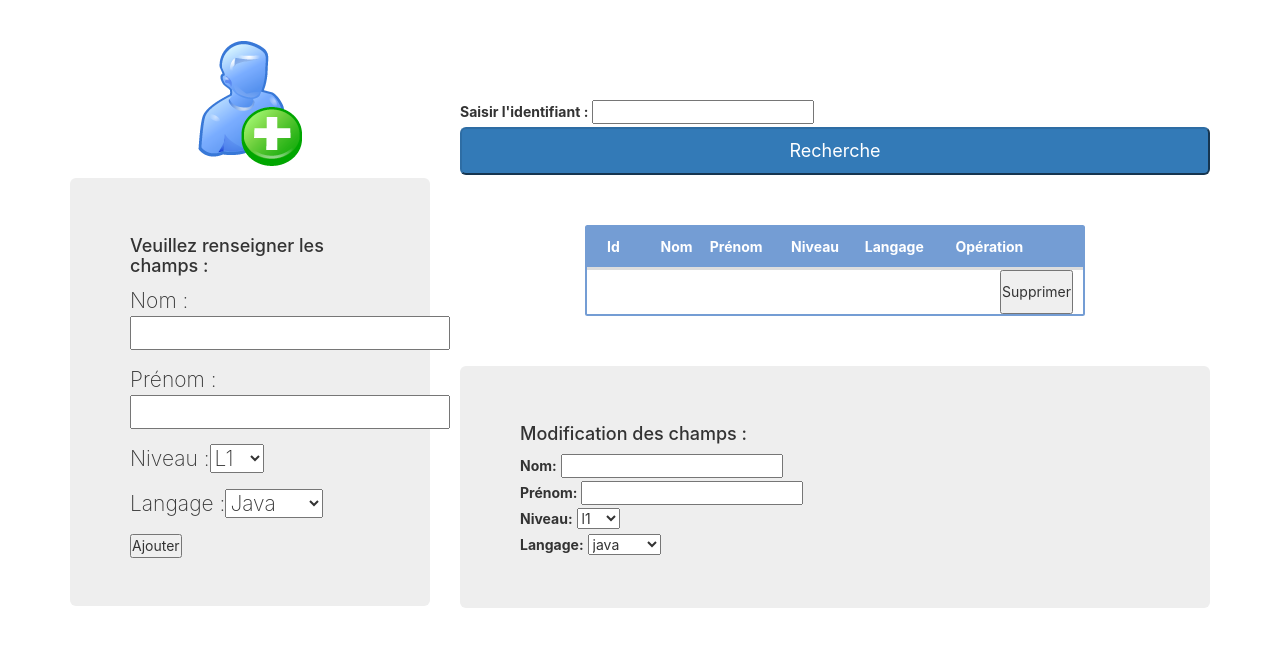
Repository: imouahrani/Gestion-des-stagiaires_JAVAEE
Page: http://localhost/Espace_Stagiaire/TraiteAjout
An editor plug-in stored every save of this project. The page is shown before and after the next save, followed by the edit.
The browser window is 1280 px wide. The pictures show the whole page.
The page is served by Tomcat 9. Other server files are loaded and not shown. Queries for data that is not in the repository find no rows.

Above is the page before, as saved 2018-07-26 14:03:11.

### Formation Java Entreprise Edition/Espace Stagiaire/WebContent/AjoutStagiaire.jsp
<%@page import="dz.espacestagiaire.bean.Stagiaire"%>
<%@page import="dz.espacestagiaire.servlet.TraiteStagiaire"%>
<%@page import="java.util.List"%>
<%@ page language="java" contentType="text/html; charset=UTF-8"
	pageEncoding="UTF-8"%>
<!DOCTYPE html PUBLIC "-//W3C//DTD HTML 4.01 Transitional//EN" "http://www.w3.org/TR/html4/loose.dtd">

<html lang="en">
<head>
<meta http-equiv="X-UA-Compatible" content="IE=edge">
<meta name="viewport" content="width=device-width, initial-scale=1">
<!-- The above 3 meta tags *must* come first in the head; any other head content must come *after* these tags -->
<title>Bootstrap 101 Template</title>

<!-- Bootstrap -->
<link href="Assets/css/bootstrap.min.css" rel="stylesheet">
<link href="Assets/css/extable.css" rel="stylesheet">
<!-- HTML5 shim and Respond.js for IE8 support of HTML5 elements and media queries -->
<!-- WARNING: Respond.js doesn't work if you view the page via file:// -->
<!--[if lt IE 9]>
      <script src="https://oss.maxcdn.com/html5shiv/3.7.3/html5shiv.min.js"></script>
      <script src="https://oss.maxcdn.com/respond/1.4.2/respond.min.js"></script>
    <![endif]-->
</head>
<body>
	<br>
	<br>
	<div class="container">
		<div class="row">
			<div class="col-md-4">
				<div class="text-center">
					<p>
						<img src="Images/add-user.png">
					</p>
				</div>
				<div class="jumbotron">
					<h4>Veuillez renseigner les champs :</h4>
					<form action="TraiteAjout" method="post">
						<p>
							Nom :<input type="text" name="nomstg" />
						</p>
						<p>
							Prénom :<input type="text" name="prenomstg" />
						</p>
						<p>
							Niveau :<select name="niveau">
								<option>L1</option>
								<option>L2</option>
								<option>L3</option>
								<option>M1</option>
								<option>M2</option>
							</select>
						</p>
						<p>
							Langage :<select name="langage">
								<option>Java</option>
								<option>Android</option>
								<option>Java EE</option>
							</select>
						</p>
						<input type="submit" value="Ajouter" name="ajouter" />
					</form>

				</div>
			</div>
			<div class="col-md-8">
				<br> <br> <br>
				<form action="TraiteRecherche" method="post">
					<label>Saisir l'identifiant : </label> <input type="number"
						name="recherche" />
					<button class="btn-lg btn-primary btn-block" type="submit"
						name="rechercher" value="rechercher">Recherche</button>
					<table>
						<thead>
							<tr>
								<th>Id</th>
								<th>Nom</th>
								<th>Prénom</th>
								<th>Niveau</th>
								<th>Langage</th>
								<th>Opération</th>
							</tr>
						</thead>
						<tbody>
							<tr>
								<%
									Stagiaire stg = (Stagiaire) request.getAttribute("i");
								%>
								<td>${i.idstg }</td>
								<td>${i.nomstg }</td>
								<td>${i.prenomstg }</td>
								<td>${i.niveau }</td>
								<td>${i.langage }</td>


								<td>

									<form action="TraiteRecherche" method="post">

										<input type="hidden" name="idstg" value="${i.idstg }">
										<input type="hidden" name="supprimer" value="supprimer">





									</form> <input type="submit" name="supprimer" value="Supprimer" />
								</td>
							</tr>
						</tbody>
					</table>
				</form>

				<div class="jumbotron">
					<h4>Modification des champs :</h4>
					<form action="TraiteRecherche" method="post">


						<label>Nom:</label> <input type="text" name="nomstg" value="${i.nomstg}"> <br>
						<label>Prénom:</label>
						<input type="text" name="prenomstg" value ="${i.prenomstg }"><br>


						<label>Niveau:</label>
						<select name ="niveau">
						<option>l1</option>
						<option>l2</option>
						<option>l3</option>
						<option>m1</option>
						<option>m2</option>





						</select><br>


						 <label>Langage:</label>
						<select type="text" name="langage">
						<option>java</option>
						<option>android</option>
						<option>javaee</option>
						</select><br>





					</form>


				</div>
			</div>
		</div>
	</div>

	<!-- jQuery (necessary for Bootstrap's JavaScript plugins) -->
	<script
		src="https://ajax.googleapis.com/ajax/libs/jquery/1.12.4/jquery.min.js"></script>
	<!-- Include all compiled plugins (below), or include individual files as needed -->
	<script src="Assets/js/bootstrap.min.js"></script>
</body>
</html>

### Formation Java Entreprise Edition/Espace Stagiaire/src/dz/espacestagiaire/servlet/TraiteAjout.java
package dz.espacestagiaire.servlet;
import dz.espacestagiaire.modele.*;


import java.io.IOException;

import javax.servlet.ServletException;
import javax.servlet.http.HttpServlet;
import javax.servlet.http.HttpServletRequest;
import javax.servlet.http.HttpServletResponse;

import dz.espacestagiaire.bean.Stagiaire;
import dz.espacestagiaire.modele.MajStagiaire;

public class TraiteAjout extends HttpServlet {

	@Override
	protected void doGet(HttpServletRequest req, HttpServletResponse resp)
			throws ServletException, IOException {

		String nom, prenom, niveau, langage;
		nom = req.getParameter("nomstg");
		prenom = req.getParameter("prenomstg");
		niveau = req.getParameter("niveau");
		langage = req.getParameter("langage");

		Stagiaire stg = new Stagiaire();
		stg.setNomstg(nom);
		stg.setPrenomstg(prenom);
		stg.setNiveau(niveau);
		stg.setLangage(langage);
		MajStagiaire ms = new MajStagiaire();
		ms.AjoutStg(stg);


		TraiteStagiaire ts = new TraiteStagiaire();
		req.setAttribute("liste", ts);
		RecupererStagiaire rs = new RecupererStagiaire();
		req.setAttribute("ListeStagiaire", rs.getStagiaires());

		this.getServletContext().getRequestDispatcher("/AjoutStagiaire.jsp").forward(req, resp);




	}
@Override
protected void doPost(HttpServletRequest req, HttpServletResponse resp)
		throws ServletException, IOException {
	doGet(req, resp);
}
}

### Formation Java Entreprise Edition/Espace Stagiaire/src/dz/espacestagiaire/bean/Stagiaire.java
package dz.espacestagiaire.bean;

public class Stagiaire {

	private int idstg;
	private String nomstg, prenomstg, niveau, langage;
	public int getIdstg() {
		return idstg;
	}
	public void setIdstg(int idstg) {
		this.idstg = idstg;
	}
	public String getNomstg() {
		return nomstg;
	}
	public void setNomstg(String nomstg) {
		this.nomstg = nomstg;
	}
	public String getPrenomstg() {
		return prenomstg;
	}
	public void setPrenomstg(String prenomstg) {
		this.prenomstg = prenomstg;
	}
	public String getNiveau() {
		return niveau;
	}
	public void setNiveau(String niveau) {
		this.niveau = niveau;
	}
	public String getLangage() {
		return langage;
	}
	public void setLangage(String langage) {
		this.langage = langage;
	}
	public Stagiaire() {
		super();
		// TODO Auto-generated constructor stub
	}
	public Stagiaire(int idstg, String nomstg, String prenomstg, String niveau,
			String langage) {
		super();
		this.idstg = idstg;
		this.nomstg = nomstg;
		this.prenomstg = prenomstg;
		this.niveau = niveau;
		this.langage = langage;
	}

}

### Formation Java Entreprise Edition/Espace Stagiaire/src/dz/espacestagiaire/modele/MajStagiaire.java
package dz.espacestagiaire.modele;

import dz.espacestagiaire.bean.Stagiaire;
import java.sql.*;

public class MajStagiaire {
	Connecter connect = new Connecter();
	PreparedStatement stat;
	Statement sta;

	public void AjoutStg(Stagiaire stg) {

		String s = "insert into stagiaire(nomstg,prenomstg,niveau,langage) values(?,?,?,?)";
		try {
			stat = connect.connecterbase().prepareStatement(s);
			stat.setString(1, stg.getNomstg());
			stat.setString(2, stg.getPrenomstg());
			stat.setString(3, stg.getNiveau());
			stat.setString(4, stg.getLangage());
			stat.execute();
			System.out.println("ajout réussi");
		} catch (SQLException e) {
			e.printStackTrace();
			System.err.println("échec d'insertion");
		}

	}

	// supprission d'un stagiaire
	public void SupprimerStg(int idstgg) {
		try {
			sta = connect.connecterbase().createStatement();
			sta.executeUpdate("delete from stagiaire where idstg='" + idstgg
					+ "'");
			System.out.println("Supprission réussie!");
		} catch (SQLException e) {
			// TODO Auto-generated catch block
			e.printStackTrace();
			System.err.println("Echec de supprission" + e.getMessage());
		}
	}

	public Stagiaire RechercherStg(int idstgs) {
		Stagiaire stg = new Stagiaire();
		try {
			sta = connect.connecterbase().createStatement();
			ResultSet res = sta
					.executeQuery("select * from stagiaire where idstg='"
							+ idstgs + "'");

			while (res.next()) {
				stg.setIdstg(res.getInt("idstg"));

				stg.setNomstg(res.getString("nomstg"));
				stg.setPrenomstg(res.getString("prenomstg"));
				stg.setNiveau(res.getString("niveau"));
				stg.setLangage(res.getString("langage"));

			}

		} catch (SQLException e) {
			// TODO Auto-generated catch block
			e.printStackTrace();
		}
		return stg;

	}

	public void modifierStagiaire(int id, Stagiaire stg) {
		try {
			sta = connect.connecterbase().createStatement();
			sta.executeUpdate("update stagiaire set nomstg = '" + stg.getNomstg()
					+ "',prenomstg ='" + stg.getPrenomstg() + "',niveau ='"
					+ stg.getNiveau() + "',langage ='" + stg.getLangage()
					+ "' where idstg ='" + id+"'");
			System.out.println("modif reussie !");

		} catch (Exception e) {
			System.err.println("echec !"+e.getMessage());
		}

	}

	public static void main(String[] args) {

		MajStagiaire m = new MajStagiaire();
		Stagiaire stg = new Stagiaire();
		stg.setNomstg("imene") ;
		stg.setPrenomstg("imene");
		stg.setNiveau("l2");
		stg.setLangage("java");
		MajStagiaire ms = new MajStagiaire();
		ms.modifierStagiaire(12, stg);


	}
}

### Formation Java Entreprise Edition/Espace Stagiaire/src/dz/espacestagiaire/modele/Connecter.java
package dz.espacestagiaire.modele;

import java.sql.*;

import dz.espacestagiaire.bean.Stagiaire;

public class Connecter {
	Connection connecte;

	public Connecter() {


		try {

			Class.forName("com.mysql.jdbc.Driver");
			System.out.println("Connexion au serveur réussie");

		} catch (Exception e) {
			System.err.println("echec de connexion" + e.getMessage());
		}

		try {

			connecte = DriverManager.getConnection(
					"jdbc:mysql://localhost:3306/espace_stagiaire", "root", "");
			System.out.println("Connexion a la base réussie");

		} catch (Exception e) {
			System.err.println("echec de connexion a la base de donnees" + e.getMessage());

		}
	}
	public Connection connecterbase() {

		return connecte;

	}

}

### Formation Java Entreprise Edition/Espace Stagiaire/src/dz/espacestagiaire/modele/RecupererStagiaire.java
package dz.espacestagiaire.modele;

import dz.espacestagiaire.bean.Stagiaire;

import java.awt.*;
import java.sql.ResultSet;
import java.sql.SQLException;
import java.util.ArrayList;
import java.util.List;

public class RecupererStagiaire {

	public List<Stagiaire> getStagiaires() {
		List<Stagiaire> listesta = new ArrayList<Stagiaire>();

		java.sql.Statement sta;
		ResultSet resultat;
		Connecter connect = new Connecter();
		try {
			sta = connect.connecterbase().createStatement();
			resultat = sta.executeQuery("select * from stagiaire");
			while (resultat.next()) {

				int idstg = (int) resultat.getObject("idstg");
				String nomstg = (String) resultat.getObject("nomstg");
				String prenomstg = (String) resultat.getObject("prenomstg");
				String niveau = (String) resultat.getObject("niveau");
				String langage = (String) resultat.getObject("langage");

				Stagiaire stg = new Stagiaire();
				stg.setIdstg(idstg);
				stg.setNomstg(nomstg);
				stg.setPrenomstg(prenomstg);
				stg.setNiveau(niveau);
				stg.setLangage(langage);

				listesta.add(stg);

			}

		} catch (SQLException e) {
		}

		return listesta;
	}

}

### Formation Java Entreprise Edition/Espace Stagiaire/WebContent/Assets/css/extable.css
@CHARSET "UTF-8";
* {
  margin: 0;
  padding: 0;
  box-sizing: border-box;
}

body {
  font-family: -apple-system, BlinkMacSystemFont, "Segoe UI", Roboto, "Helvetica Neue", Arial, sans-serif;
  color: #333;

}

table {
  text-align: center;
  line-height: 40px;
  border-collapse: separate;
  border-spacing: 0;
  border: 2px solid #749dd4;
  width: 500px;
  margin: 50px auto;
  border-radius: .25rem;
}

thead tr:first-child {
  background: #749dd4;
  color: #fff;
  border: none;
}

th:first-child,
td:first-child {
  padding: 0 15px 0 20px;
}

thead tr:last-child th {
  border-bottom: 3px solid #ddd;
}

tbody tr:hover {
  background-color: #f2f2f2;
  cursor: default;
}

tbody tr:last-child td {
  border: none;
}

tbody td {
  border-bottom: 1px solid #ddd;
}

td:last-child {
  text-align: right;
  padding-right: 10px;
}

.button {
  color: #aaa;
  cursor: pointer;
  vertical-align: middle;
  margin-top: -4px;
}

.edit:hover {
  color: #0a79df;
}

.delete:hover {
  color: #dc2a2a;
}

Loaded but not shown: Formation Java Entreprise Edition/Espace Stagiaire/WebContent/Assets/css/bootstrap.min.css (library); Formation Java Entreprise Edition/Espace Stagiaire/WebContent/Assets/js/bootstrap.min.js (library)

After the next save:
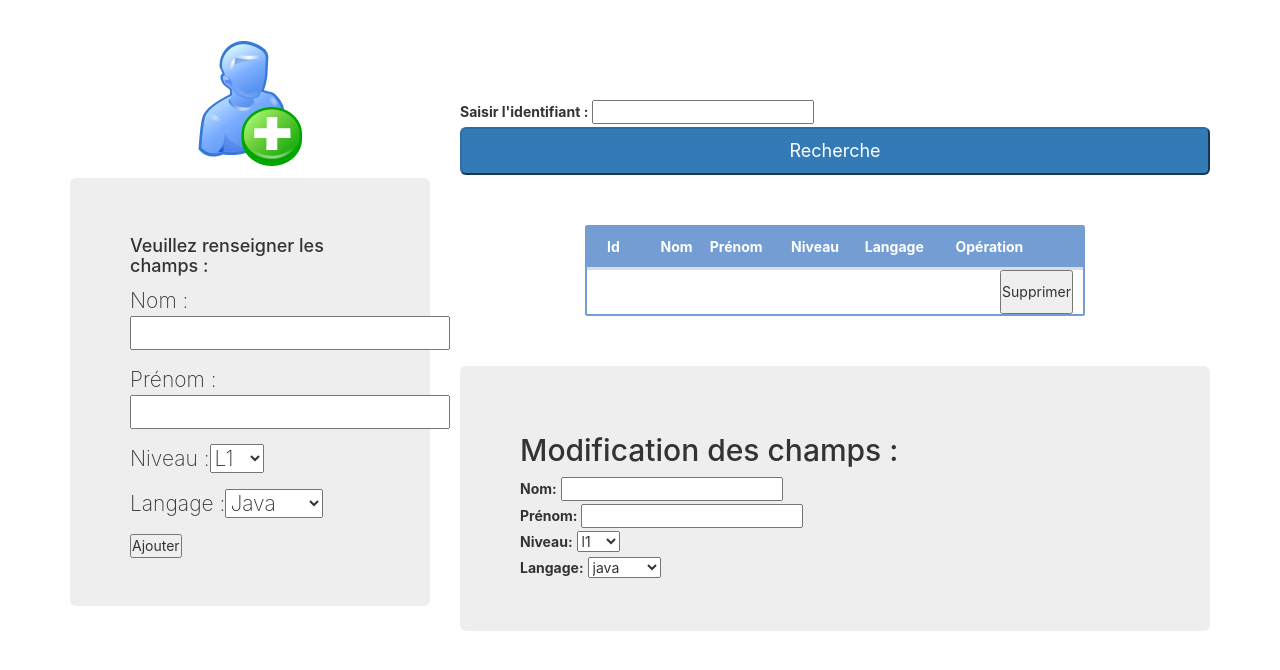
Saved 26 s later.
--- a/Formation Java Entreprise Edition/Espace Stagiaire/WebContent/AjoutStagiaire.jsp
+++ b/Formation Java Entreprise Edition/Espace Stagiaire/WebContent/AjoutStagiaire.jsp
@@ -112,7 +112,7 @@
 				</form>
 
 				<div class="jumbotron">
-					<h4>Modification des champs :</h4>
+					<h2>Modification des champs :</h2>
 					<form action="TraiteRecherche" method="post">
 
 
